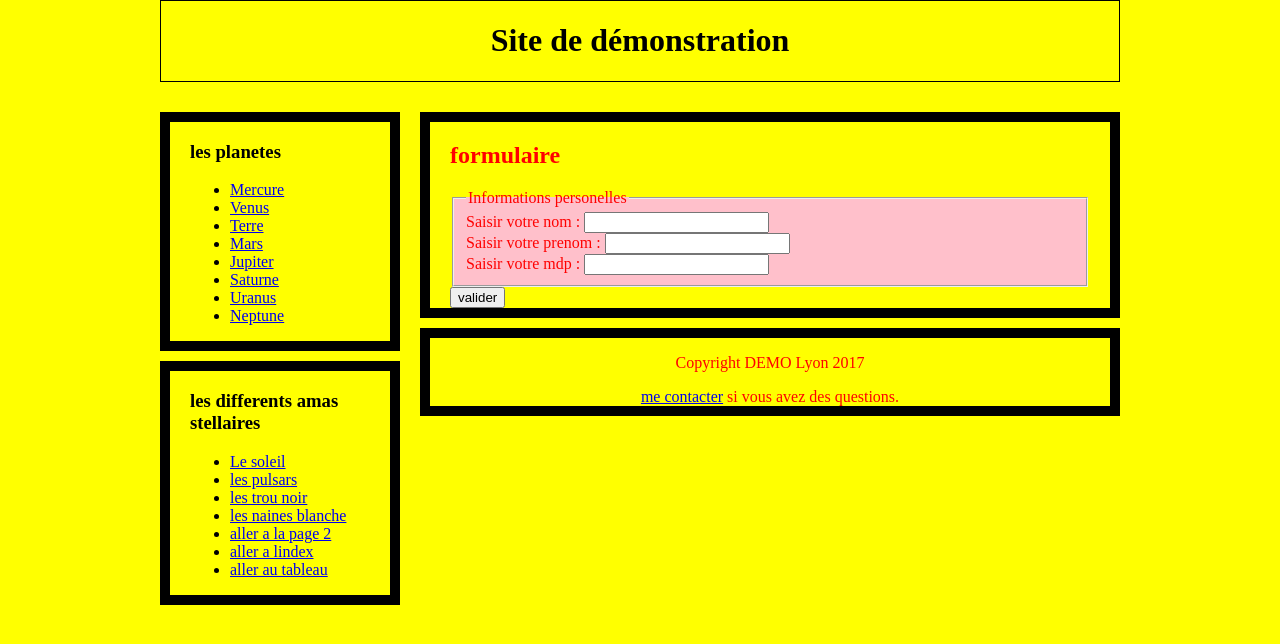
Repository: Poulpyto/fitec
Page: workspaceHtmlFlo/ModelePage1Flo/WebContent/formulaire.html
These files come from the project's save history. The page is drawn as it stood at one moment and after the next save; the edit follows.
The browser window is 1280 px wide. The pictures show the whole page.

Above is the page before, as saved 2017-04-04 14:40:39.

After the next save:
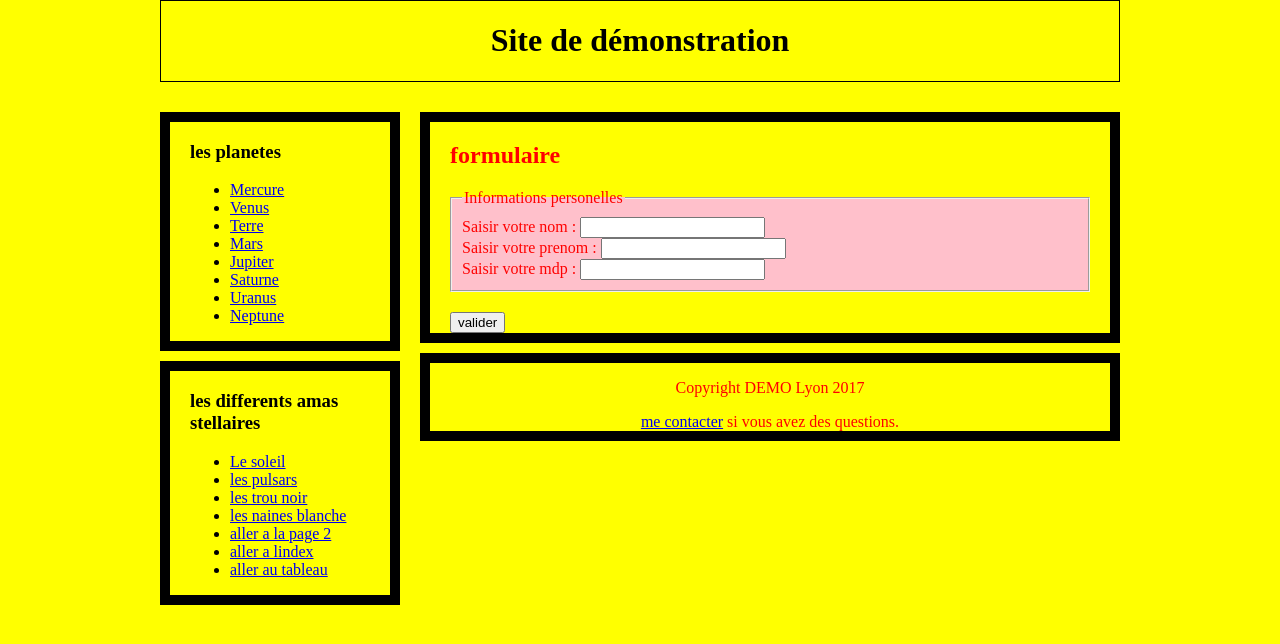
Saved 44 s later.
--- a/workspaceHtmlFlo/ModelePage1Flo/WebContent/css/style.css
+++ b/workspaceHtmlFlo/ModelePage1Flo/WebContent/css/style.css
@@ -11,6 +11,8 @@ table{
 }
 #section-1{
 	background-color: pink;
+	padding:10px;
+	margin:20px 0px;
 }
 @media screen and (max-width:680px)
 {
